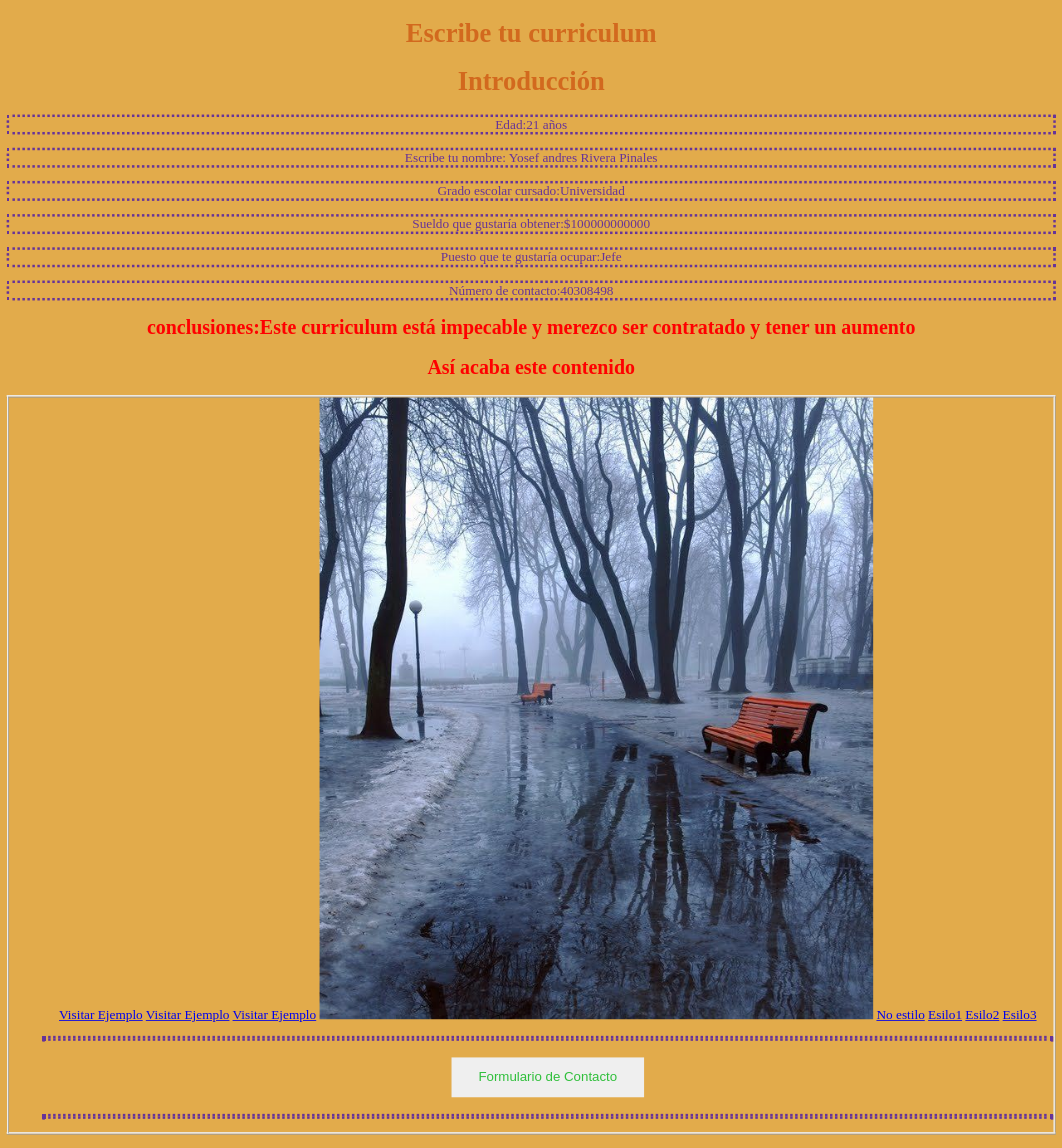
Repository: UVMCoyoacan/VEFY
Page: index_Yosef.html
An editor plug-in stored every save of this project. The page is shown before and after the next save, followed by the edit.
The browser window is 1280 px wide. The pictures show the whole page, at 83% of full size.

Above is the page before, as saved 2024-02-28 21:17:30.

After the next save:
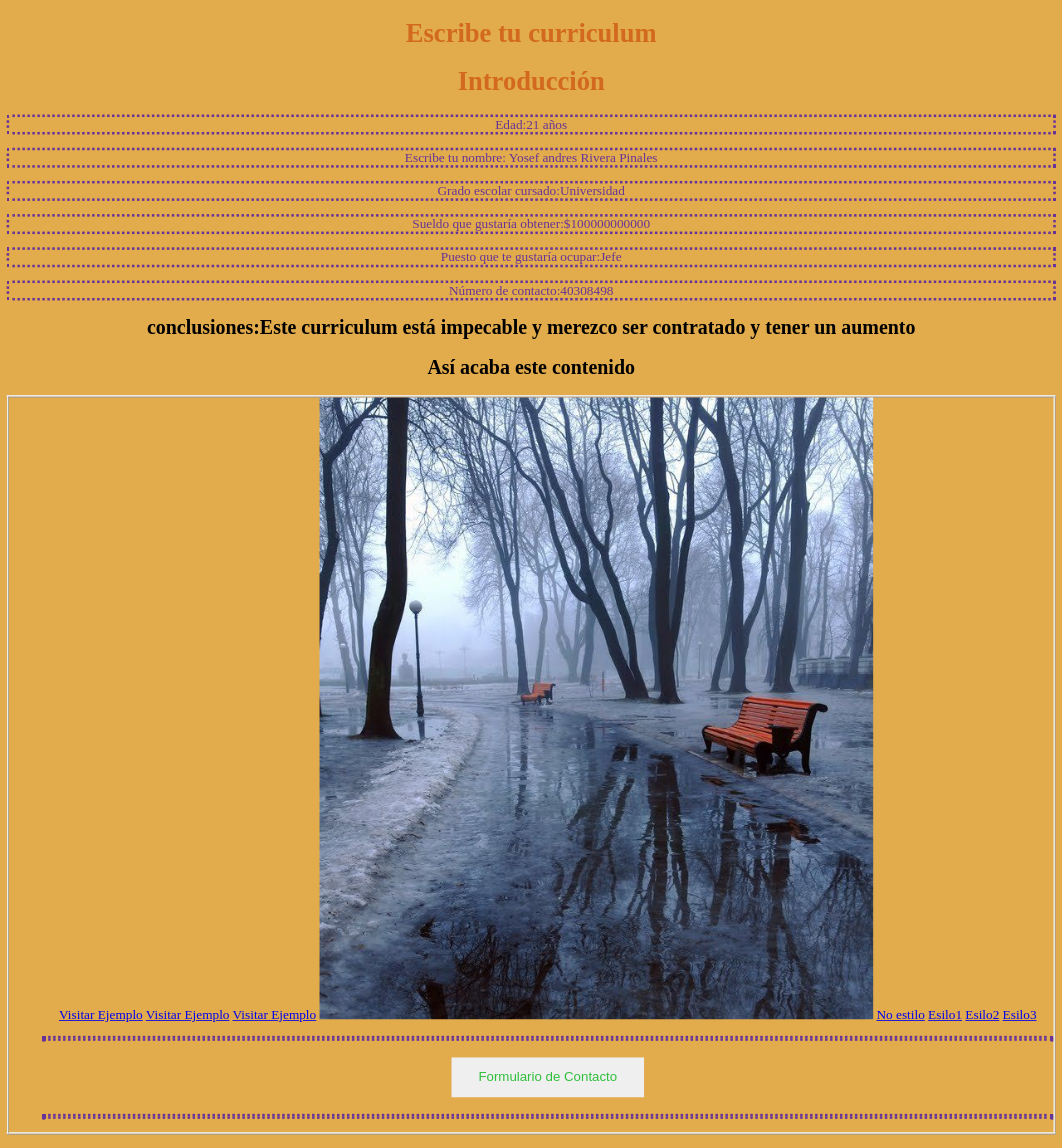
Saved 1 s later.
--- a/estilo.css
+++ b/estilo.css
@@ -11,19 +11,19 @@ p{
 
 ol{
     text-align: center;
-    color:rgb(153, 51, 51);
+    color:rgb(0, 0, 0);
     border-style: groove;
 
 }
 
 ul{
     text-align: center;
-    color: crimson;
+    color: rgb(0, 0, 0);
     border-style: ridge;
 }
 
 h2{
-    color: red ;
+    color: rgb(0, 0, 0) ;
     text-align: center;
     border-style: mix;
 }
